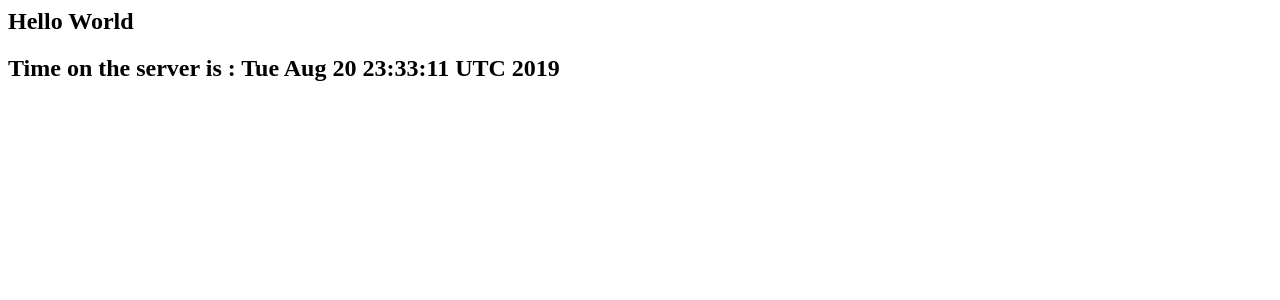
Repository: mangeshgayakwad2020/jsp_servlet
Page: http://localhost/ServletDemo/HelloWorldServlet
The author's editor kept a copy of each file at every save. The page is drawn from the files as they stood at one save, then again after the next save.
The browser window is 1280 px wide. The pictures show the whole page.
The page is served by Tomcat 9.

Above is the page before, as saved 2019-08-21 15:34:08.

After the next save:
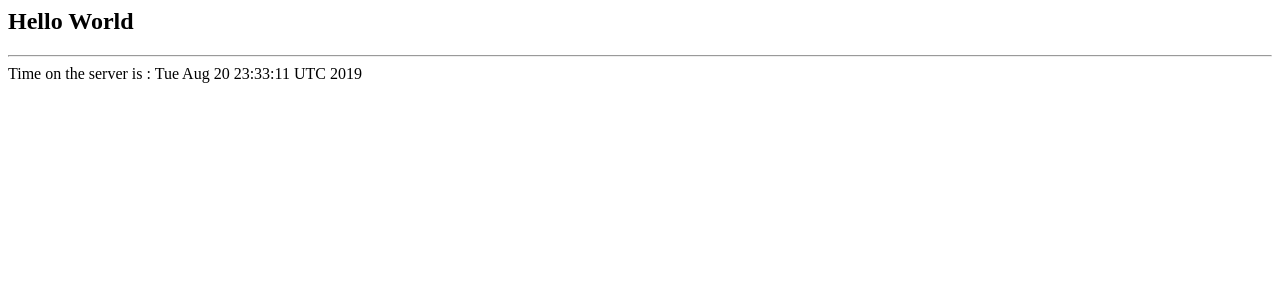
Saved 3 min 39 s later.
--- a/ServletDemo/src/com/greatdigitallab/servletdemo/HelloWorldServlet.java
+++ b/ServletDemo/src/com/greatdigitallab/servletdemo/HelloWorldServlet.java
@@ -39,7 +39,7 @@ public class HelloWorldServlet extends HttpServlet {
 		out.println("<html><body>");
 
 		out.println("<h2>Hello World</h2>");
-		out.println("<h2>");
+		out.println("<hr>");
 		out.println("Time on the server is : " + new java.util.Date());
 
 		out.println("</body></html>");
